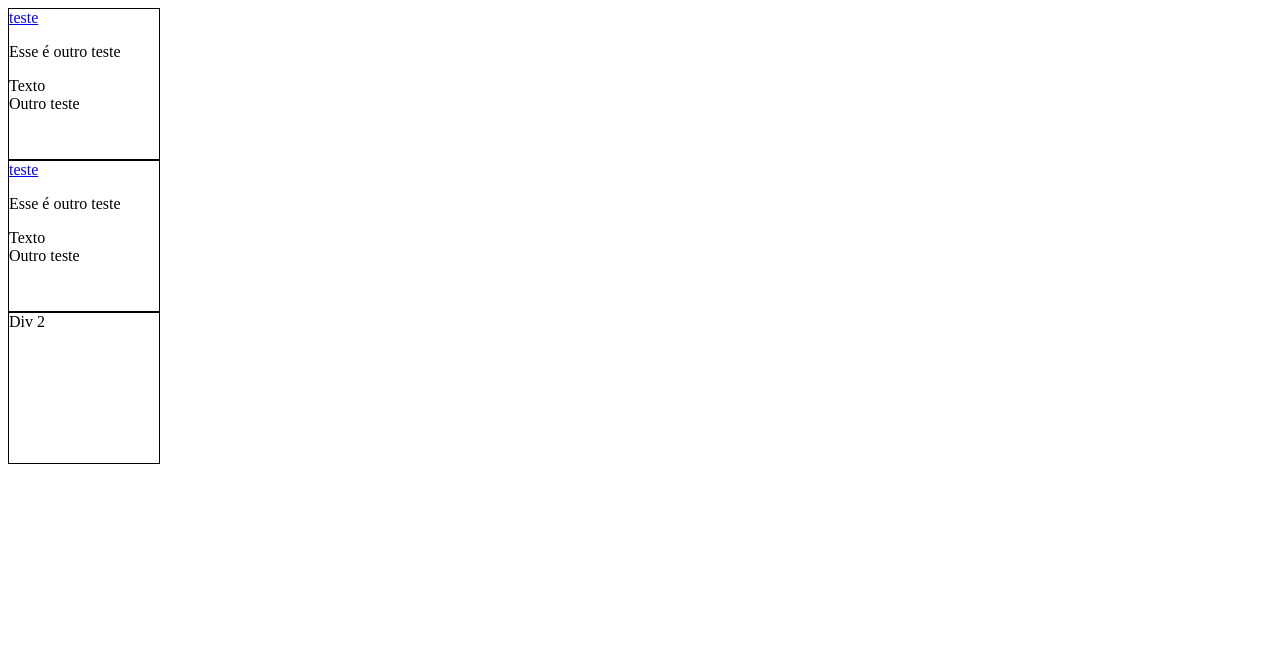
Repository: 2001mariana/jquery
Page: html-tag-content-manipulation.html
These files come from the project's save history. The page is drawn as it stood at one moment and after the next save; the edit follows.
The browser window is 1280 px wide. The pictures show the whole page.

Above is the page before, as saved 2022-08-04 13:54:49.

### html-tag-content-manipulation.html

<!DOCTYPE html>
<html lang="pt-br">
	<head>
		<meta charset="UTF-8">
		<title>jQuery</title>

		<script src="https://code.jquery.com/jquery-3.3.1.min.js" integrity="sha256-FgpCb/KJQlLNfOu91ta32o/NMZxltwRo8QtmkMRdAu8=" crossorigin="anonymous"></script>
		<script>
			$(document).ready(() => {
				console.log('conteúdo div 1: ', $('#div1').html())
				console.log('conteúdo div 2: ', $('#div2').html())
                $('#div1').html('<strong>Eu sou o novo valor</strong>')
                //da forma acima se houver tag html, como mostrado no exemplo acima, estas serão lidas e interpretadascomo html.
                //se eu quiser renderizar a tag como texto, ao invés de inviocar o método.html, devo invocar o método:
                $('#div1').text('<strong>Eu sou o novo valor</strong>')
			})
		</script>
	</head>

	<body>

		<div id="div1 original" style="border:solid 1px #000; width: 150px; height: 150px">
			<a href="#">teste</a>
			<p>Esse é outro teste</p>
			Texto
			<div>Outro teste</div>
		</div>

        <div id="div1 alterada-html" style="border:solid 1px #000; width: 150px; height: 150px">
			<a href="#">teste</a>
			<p>Esse é outro teste</p>
			Texto
			<div>Outro teste</div>
		</div>

		<div id="div2" style="border:solid 1px #000; width: 150px; height: 150px">
			Div 2
		</div>

	</body>

</html>

After the next save:
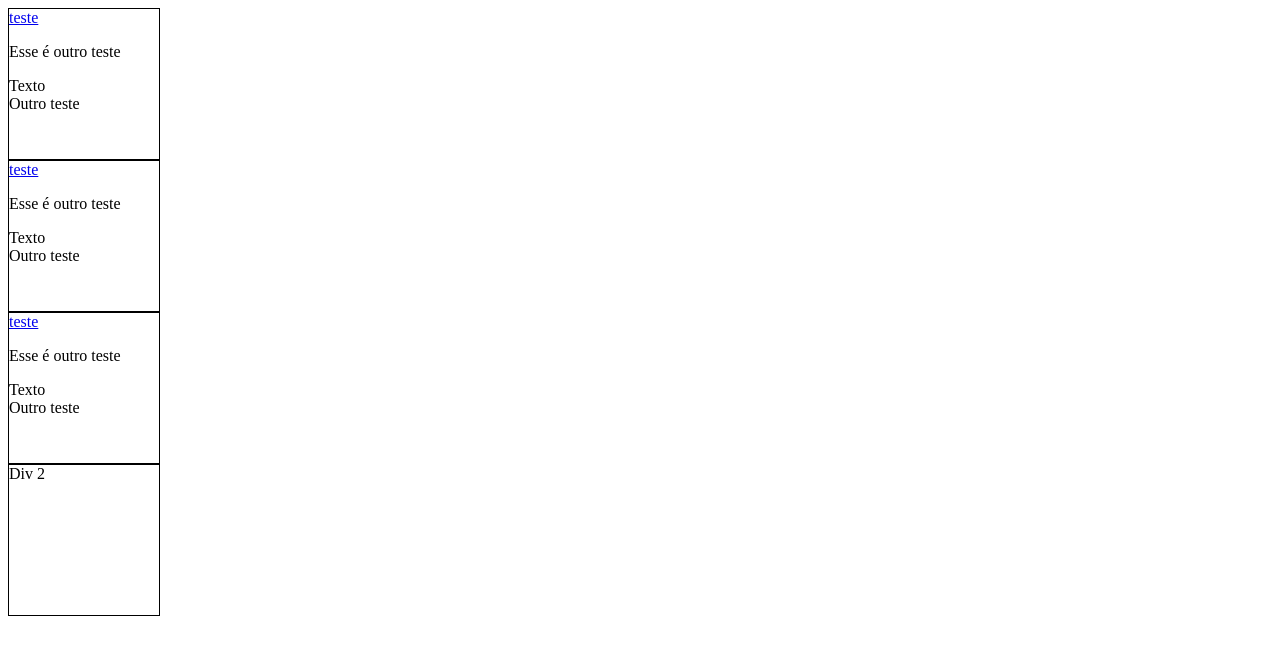
Saved 7 s later.
--- a/html-tag-content-manipulation.html
+++ b/html-tag-content-manipulation.html
@@ -34,6 +34,13 @@
 			<div>Outro teste</div>
 		</div>
 
+        <div id="div1 alterada-html" style="border:solid 1px #000; width: 150px; height: 150px">
+			<a href="#">teste</a>
+			<p>Esse é outro teste</p>
+			Texto
+			<div>Outro teste</div>
+		</div>
+
 		<div id="div2" style="border:solid 1px #000; width: 150px; height: 150px">
 			Div 2
 		</div>
